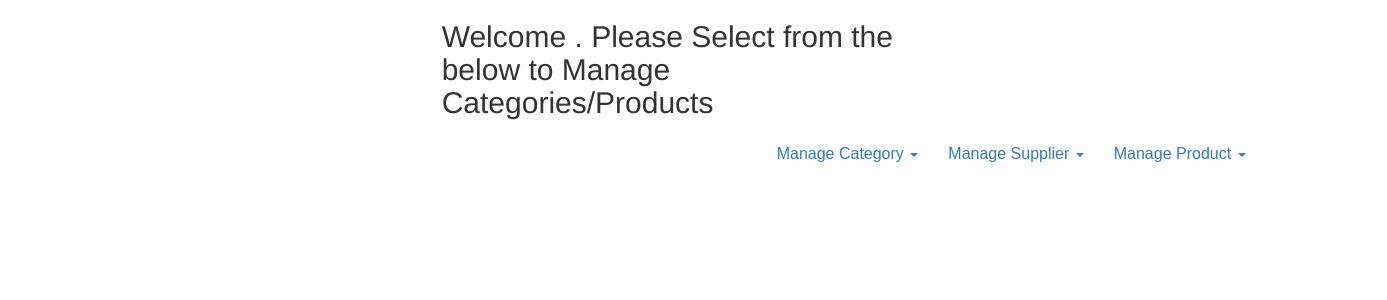
Repository: KaustubhKamat/ShoppingCartProject
Page: http://localhost/NewShoppingCart/WEB-INF/views/Admin_home.jsp
The author's editor kept a copy of each file at every save. The page is drawn from the files as they stood at one save, then again after the next save.
The browser window is 1280 px wide. The page is 1280 px wide, then 1387 px, so the pictures cover 1387 px, including what lies to the right of the window. The pictures show the whole page.
Some web libraries are served in a nearby version. The page is served by Tomcat 9. Nobody is signed in. Other server files are loaded and not shown. The template is opened directly, without the code that normally fills it, so the values that code supplies are empty.

Above is the page before, as saved 2017-02-06 06:39:56.

### NewShoppingCart/src/main/webapp/WEB-INF/views/Admin_home.jsp
<%@ page language="java" contentType="text/html; charset=ISO-8859-1"
	pageEncoding="ISO-8859-1"%>
<%@ taglib uri="http://java.sun.com/jsp/jstl/core" prefix="c"%>
<!DOCTYPE html PUBLIC "-//W3C//DTD HTML 4.01 Transitional//EN" "http://www.w3.org/TR/html4/loose.dtd">
<html>
<head>
<link rel="stylesheet"
	href="https://maxcdn.bootstrapcdn.com/bootstrap/3.3.7/css/bootstrap.min.css">
<script
	src="https://ajax.googleapis.com/ajax/libs/jquery/3.1.1/jquery.min.js"></script>
<script
	src="https://maxcdn.bootstrapcdn.com/bootstrap/3.3.7/js/bootstrap.min.js"></script>

<meta http-equiv="Content-Type" content="text/html; charset=ISO-8859-1">
<style>
a {
	float: inherit;
	font-family: sans-serif;
	font-size: medium;
	padding-top: 40 px;
}
</style>
<title>Insert title here</title>
</head>
<body>

<div class="col-md-5 col-md-offset-4">
<h2>Welcome ${LoggedInUser}. Please Select from the below to Manage Categories/Products</h2>
</div>
	<div id="AdminHome">
	<div class="col-md-5 col-md-offset-7">
		<ul class="nav navbar-nav">
			<!--  <li class="active"><a href=>Link <span class="sr-only">(current)</span></a></li> -->
			<li class="dropdown"><a href="ManageCategory"
				class="dropdown-toggle" data-toggle="dropdown" role="button">Manage
					Category <span class="caret"></span>
			</a>
				<ul class="dropdown-menu">
					<li><a href="AddCategory">Add Category</a></li>

				</ul></li>
			<li class="dropdown"><a href="ManageSupplier"
				class="dropdown-toggle" data-toggle="dropdown" role="button">Manage
					Supplier <span class="caret"></span>
			</a>
				<ul class="dropdown-menu">
					<li><a href="AddSupplier">Add Supplier</a></li>

				</ul></li>
			<li class="dropdown"><a href="ManageProduct"
				class="dropdown-toggle" data-toggle="dropdown" role="button">Manage
					Product <span class="caret"></span>
			</a>
				<ul class="dropdown-menu">
					<li><a href="AddProduct">Add Product</a></li>

				</ul></li>
				</ul>
				</div>
	</div>
	<br>
	<br>


</body>
</html>

After the next save:
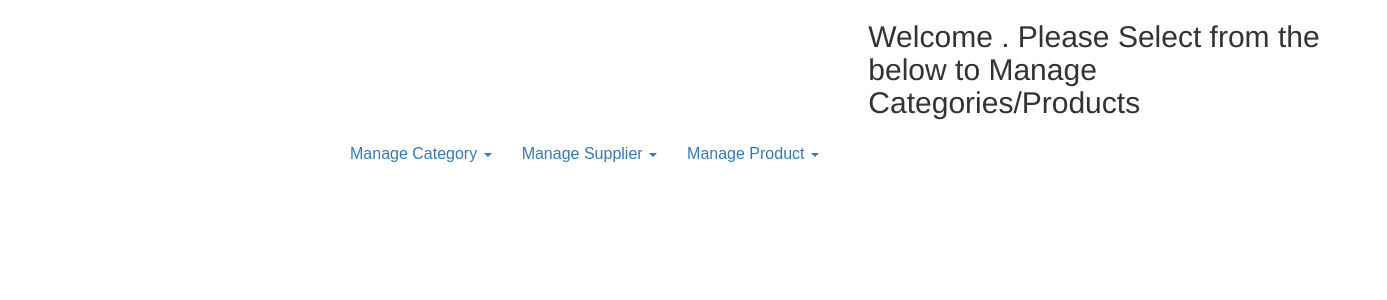
Saved 13 s later.
--- a/NewShoppingCart/src/main/webapp/WEB-INF/views/Admin_home.jsp
+++ b/NewShoppingCart/src/main/webapp/WEB-INF/views/Admin_home.jsp
@@ -24,11 +24,11 @@ a {
 </head>
 <body>
 
-<div class="col-md-5 col-md-offset-4">
+<div class="col-md-5 col-md-offset-8">
 <h2>Welcome ${LoggedInUser}. Please Select from the below to Manage Categories/Products</h2>
 </div>
 	<div id="AdminHome">
-	<div class="col-md-5 col-md-offset-7">
+	<div class="col-md-5 col-md-offset-3">
 		<ul class="nav navbar-nav">
 			<!--  <li class="active"><a href=>Link <span class="sr-only">(current)</span></a></li> -->
 			<li class="dropdown"><a href="ManageCategory"
